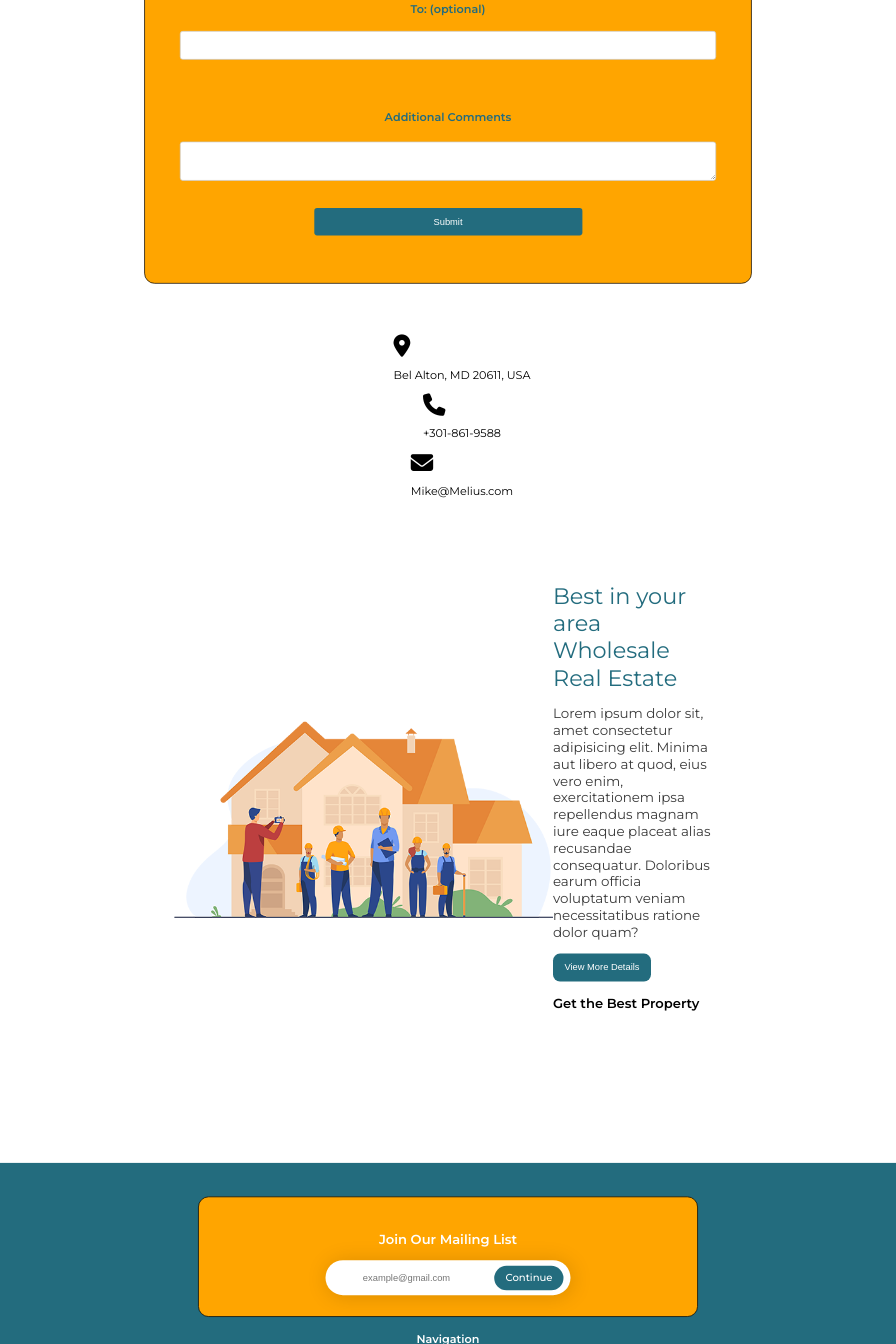
Repository: gabe126679/Mikes-site
Page: /Appointments
These files come from the project's save history. The page is drawn as it stood at one moment and after the next save; the edit follows.
The browser window is 1280 px wide. The pictures show the part of the page from y = 496 to 2416 px (the page is 2722 px tall), at 70% of full size.
Some web libraries are served in a nearby version. The project was rebuilt for these pictures with package versions that can differ from the ones it lists, and the page was loaded fresh each time. Also part of the build but not shown: src/components/Header.jsx, src/components/Howitworks.jsx, src/components/Contact.jsx, src/components/PageAbout.jsx, src/components/Bproperty.jsx, src/components/Item.js, src/components/CarouselItem.jsx, src/components/Properties.jsx and 5 more.

Above is the page before, as saved 2022-04-19 19:55:05.

### public/index.html
<!DOCTYPE html>
<html lang="en">
  <head>
    <meta charset="utf-8" />
    <link rel="icon" href="%PUBLIC_URL%/favicon.ico" />
    <meta name="viewport" content="width=device-width, initial-scale=1" />
    <meta name="theme-color" content="#000000" />
    <meta
      name="description"
      content="Web site created using create-react-app"
    />
    <link rel="apple-touch-icon" href="%PUBLIC_URL%/logo192.png" />

    <link rel="manifest" href="%PUBLIC_URL%/manifest.json" />
    <script src="https://kit.fontawesome.com/95dc93da07.js"></script>
    <title>Mike's Homes</title>
  </head>
  <body>
    <noscript>You need to enable JavaScript to run this app.</noscript>
    <div id="root"></div>

  </body>
</html>

### src/components/About.jsx
import React from 'react'
import aboutimage from '../images/hero.png';
import Contact from "./Contact"

function About() {
  return (
    <div className="about">
        <div className="about-model">
          <img src={aboutimage} alt="about image"/>
        </div>
        <div className="about-text">
          <h2>Best in your area <br/>Wholesale Real Estate</h2>
          <p>Lorem ipsum dolor sit, amet consectetur adipisicing elit. Minima aut libero at quod, eius vero enim, exercitationem ipsa repellendus magnam iure eaque placeat alias recusandae consequatur. Doloribus earum officia voluptatum veniam necessitatibus ratione dolor quam?</p>
          <button>View More Details</button>
          <h3>Get the Best Property</h3>
        </div>
    </div>
  )
}

export default About

### src/components/Appointments.jsx
import React from "react";
import styled from 'styled-components/macro';
import Navbar from "./Navbar";
import Form from "./AptForm";
import Footer from "./Footer";
import About from "./About";

const Section = styled.div`
  padding: 20px;
  display: flex;
  justify-content: center;
  align-items: center;
`;
const Break = styled.br`
@media (min-width: 768px) {
    display: none;
}
`;
const XBreak = styled.br`
@media (max-width: 768px) {
    display: none;
}
`;

const ABreak = styled.br`
@media (max-width: 970px) {
    display: none;
}
`;

const Appointments = () => {


  return (
    <div>
    <Section>

    <div className="form-contact">
        <Navbar/>
        <Form/>
        <About />
    </div>
    </Section>
    <ABreak/>
    <ABreak/>
    <ABreak/>
    <ABreak/>
    <ABreak/>
    <ABreak/>
    <ABreak/>
    <ABreak/>
    <ABreak/>
    <ABreak/>
    <ABreak/>
    <ABreak/>
    <Break/>
    <Break/>
    <Break/>
    <Break/>
    <Break/>
    <Break/>
    <Break/>
    <Break/>
    <Break/>
    <Break/>
    <Break/>
    <Break/>
    <Break/>
    <Break/>
    <Break/>
    <Break/>
    <Break/>
    <Break/>
    <Break/>
    <Break/>
    <Break/>
    <Break/>
    <Break/>
    <Break/>
    <Break/>

    <XBreak/>
    <XBreak/>
    <XBreak/>
    <XBreak/>
    <XBreak/>
    <XBreak/>
    <XBreak/>
    <XBreak/>
    <XBreak/>
    <XBreak/>
    <XBreak/>
    <XBreak/>
    <XBreak/>
    <XBreak/>
    <XBreak/>
    <XBreak/>
    <XBreak/>
    <XBreak/>
    <XBreak/>
    <XBreak/>
    <XBreak/>
    <XBreak/>
    <XBreak/>
    <XBreak/>
    <XBreak/>
    <XBreak/>
    <XBreak/>
    <XBreak/>
    <XBreak/>
    <XBreak/>
    <XBreak/>
    <XBreak/>
    <XBreak/>

    <br/>
    <br/>
    <br/>
    <br/>
    <br/>
    <br/>
    <br/>
    <br/>
    <br/>
    <br/>
    <br/>
    <br/>
    <br/>
    <br/>
    <br/>
    <br/>
    <br/>
    <br/>
    <br/>
    <br/>
    <br/>
    <br/>
    <br/>
    <br/>
    <br/>
    <br/>
    <Break/>
    <Break/>
    <Break/>
    <Break/>
    <Break/>
    <Break/>







    <Footer />
    </div>
  );
};

export default Appointments;

### src/components/Navbar.jsx
import React from 'react'
import logo from "../images/logo1.png"
import { Link } from "react-router-dom";

function Navbar() {
  return (
    <nav>
        <a href="/" className="logo">
            <img src={logo} alt="logo"/>
        </a>
        <input className="menu-btn" type="checkbox" id="menu-btn"/>
        <label className="menu-icon" for="menu-btn">
            <span className="nav-icon"></span>
        </label>
        <ul className="menu">
            <li><Link to="/" >Home</Link></li>
            <li><Link to="/about">About</Link></li>
            <li><Link to="/contact">Contact</Link></li>
        </ul>
        <Link to="/appointments" className="property">Appointments</Link>
        {/* <a href="/homes" className="property"></a> */}
    </nav>
  )
}

export default Navbar

### src/components/Footer.jsx
import React from "react";


const Footer = () => {
return (
    <div className="main-footer">
      <div className="container">
        <div className="row">
          {/* Column1 */}
          <div className="col">
            <div className="container-email">
                <h3>Join Our Mailing List</h3>
                <div className="contact-input">
                    <input type="email" placeholder="example@gmail.com"/>
                    <a href="#">Continue</a>
                </div>
            </div>
          </div>
          {/* Column2 */}
          <div className="col">
            <h4>Navigation</h4>
            <ui className="list-unstyled">
              <li>Home</li>
              <li>About</li>
              <li>Contact</li>
            </ui>
          </div>
          {/* Column3 */}
          <div className="col">
            <h4>Legal</h4>
            <ui className="list-unstyled">
              <li>Privacy Policy</li>
              <li>Terms of Service</li>
              <li>FAQ</li>
            </ui>
          </div>
          <br/>
        </div>
        <hr />
        <div className="row">
          <p className="disclaimer">
            &copy;{new Date().getFullYear()} MFM Investments LLC | All rights reserved |
            Developed by Parallel Innovations
          </p>
        </div>
        <br/>
      </div>
    </div>
);
};
export default Footer;

### src/components/AptForm.jsx
import React, { useState } from 'react'
import DatePicker from 'react-datepicker';
import 'react-datepicker/dist/react-datepicker.css'
import "./customDatePickerWidth.css";

function AptForm() {
    const [startDate, setStartDate] = useState(null);
    const [endDate, setEndDate] = useState(null);


  return (
    <div>
    <br/>
    <br/>
    <br/>
    <br/>
    <div className="container-email">
          <div  className="container border">
            <br/>
            <div className="container-sm">

            <h2 className="text-content">Book an  Appointment</h2>
            <p  >Select a Date and Time that is most suitable for us to have a chat. We look forward to hearing from you!</p>
            </div>
              <p className="text-content"> From: </p>
                <div className="customDatePickerWidth">
                    <DatePicker
                        selected={startDate}
                        onChange={(date) => {
                            setStartDate(date);
                            console.log(date);
                        }}
                        dateFormat="MM/dd/yyyy hh:mm a"
                        filterDate={date => date.getDay() !== 6 && date.getDay() !== 0}
                        isClearable
                        scrollableMonthYearDropdown
                        showTimeSelect
                        timeIntervals={15}
                    />
                </div>
                <br/>
                <br/>
              <p className="text-content"> To: (optional)</p>
                <div className="customDatePickerWidth">
                <DatePicker
                    selected={endDate}
                    onChange={(date) => {
                        setEndDate(date);
                        console.log(date);
                    }}
                    dateFormat="MM/dd/yyyy hh:mm a"
                    filterDate={date => date.getDay() !== 6 && date.getDay() !== 0}
                    isClearable
                    scrollableMonthYearDropdown
                    showTimeSelect
                    timeIntervals={15}
                    className="wide"
                />
                </div>
                <br/>
                <br/>
                <br/>

                <form id="contact-form" name="contact-form" action="mail.php" method="POST">
                    <div className="row">
                        <div className="col-md-12">
                            <div className="md-form">
                                <label for="comments">Additional Comments</label>
                                <br/>
                                <br/>
                                <textarea type="text" id="comments" name="comments" rows="2" className="form-control md-textarea"></textarea>
                            </div>
                            <br/>
                        </div>
                    </div>
                    <div className="text-center text-md-left d-flex justify-content-center">
                        <input type="submit" to="/"/>
                    </div>
                    <br/>
                    <br/>
                </form>


        </div>
        </div>
        <br/>
        <br/>
        <br/>
        <div className="row">
            <div className="col-md-3 text-center">
                <ul className="list-unstyled mb-0">
                    <li><i className="fas fa-map-marker-alt fa-2x"></i>
                        <p>Bel Alton, MD 20611, USA</p>
                    </li>

                    <li><i className="fas fa-phone mt-4 fa-2x"></i>
                        <p>+301-861-9588</p>
                    </li>

                    <li><i className="fas fa-envelope mt-4 fa-2x"></i>
                        <p>Mike@Melius.com</p>
                    </li>
                </ul>
            </div>
        </div>
        <br/>
  </div>
  )
}

export default AptForm

### src/components/customDatePickerWidth.css
.customDatePickerWidth,
.customDatePickerWidth > div.react-datepicker-wrapper,
.customDatePickerWidth > div > div.react-datepicker__input-container
.customDatePickerWidth > div > div.react-datepicker__input-container input {
   width: 100%;
}

.react-datepicker__input-container {
    width: inherit;
  }

  .react-datepicker-wrapper {
    width: 100%;
  }

Loaded but not shown: src/App.js (44 lines, source omitted); src/index.js (29 lines, source omitted); src/index.css (944 lines, source omitted)

After the next save:
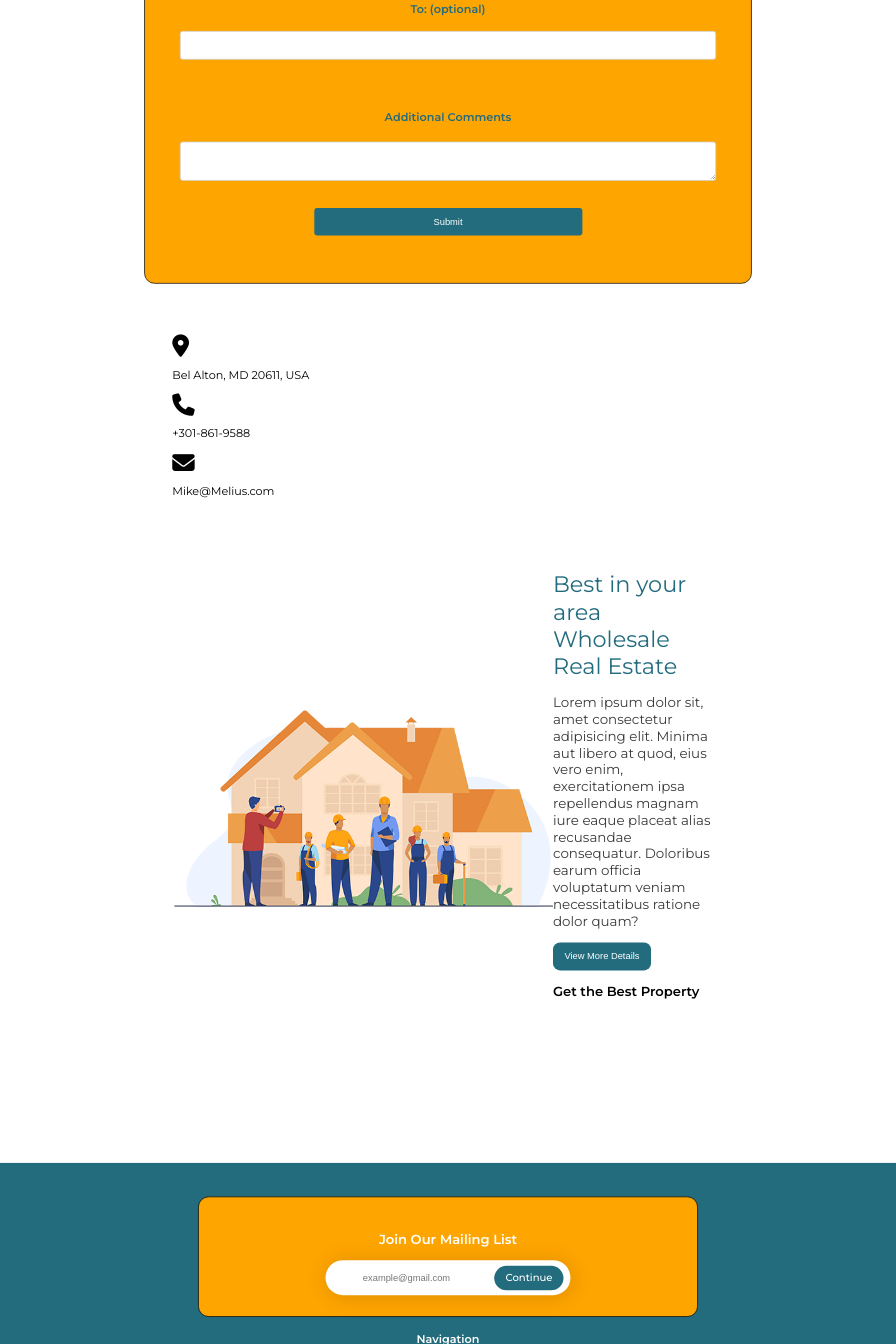
Saved 4 min 13 s later.
--- a/src/components/AptForm.jsx
+++ b/src/components/AptForm.jsx
@@ -88,7 +88,7 @@ function AptForm() {
         <br/>
         <div className="row">
             <div className="col-md-3 text-center">
-                <ul className="list-unstyled mb-0">
+                <ul >
                     <li><i className="fas fa-map-marker-alt fa-2x"></i>
                         <p>Bel Alton, MD 20611, USA</p>
                     </li>
